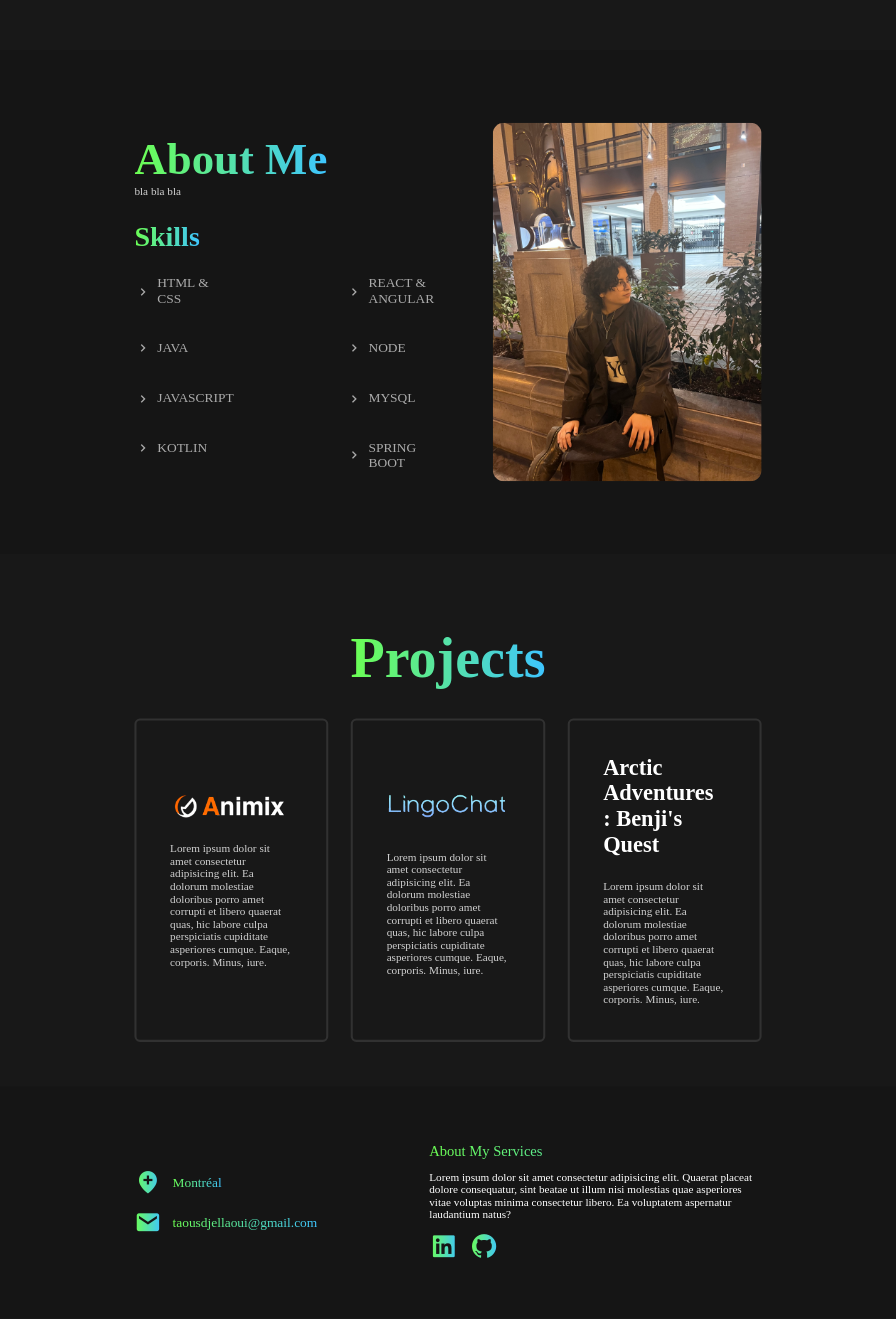
Repository: taousdjellaoui/portfolio-
Page: portfolio/index.html
The author's editor kept a copy of each file at every save. The page is drawn from the files as they stood at one save, then again after the next save.
The browser window is 1280 px wide. The pictures show the part of the page from y = 648 to 2568 px (the page is 2532 px tall before and 2568 px after), at 70% of full size.

Above is the page before, as saved 2024-09-24 14:41:45.

### portfolio/index.html
<!DOCTYPE html>
<html lang="en">
  <head>
    <meta charset="UTF-8" />
    <meta name="viewport" content="width=device-width, initial-scale=1.0" />
    <title>Portfolio Website</title>
    <link rel="stylesheet" href="style.css" />
    <link href='https://unpkg.com/boxicons@2.1.4/css/boxicons.min.css' rel='stylesheet'>
  </head>
  <body>
    <nav>
      <a href="#" class="logo"><span>Taous Djellaoui</span></a>
      <ul class="links">
        <a href="#home">Home</a>
        <a href="#about">About</a>
        <a href="#projects">Projects</a>

        <i class='bx bx-menu-alt-right' id="Menu"></i>
      </ul>
      <a href="#contact" class="btn">Contact Me</a>

    </nav>
    <section id="home">
      <img src="graphic.jpg" alt="">
      <div class="info-box">

        <h1><span>Hello, I'm Taous !</span></h1>
        <h3><span>Web and mobile Development student</span> in montréal</h3>
        <p>i am looking to be an intern in web development or mobile development , i am a student
           at Cégep de Rosemont , and this is a simple  website i created using HTML, CSS and Javascript </p>
      </div>

    </section>

    <section id="about">
      <div class="about-box">
        <div class="about-info">
          <h1><span>About Me</span></h1>
          <p>bla bla bla </p>

        </div>
        <h2><span>Skills</span></h2>
        <div class="skills">
          <ul>
            <li>
              <p><i class='bx bx-chevron-right' ></i>HTML & CSS</p>
            </li>
            <li>
              <p><i class='bx bx-chevron-right' ></i>JAVA</p>
            </li>
            <li>
              <p><i class='bx bx-chevron-right' ></i>JAVASCRIPT</p>
            </li>
            <li>
              <p><i class='bx bx-chevron-right' ></i>KOTLIN</p>
            </li>
          </ul>
          <ul>
            <li>
              <p><i class='bx bx-chevron-right' ></i>REACT & ANGULAR</p>
            </li>
            <li>
              <p><i class='bx bx-chevron-right' ></i>NODE</p>
            </li>
            <li>
              <p><i class='bx bx-chevron-right' ></i>MYSQL</p>
            </li>
            <li>
              <p><i class='bx bx-chevron-right' ></i>SPRING BOOT</p>
            </li>
          </ul>
        </div>

      </div>
      <img src="image.jpg" alt="">
    </section>
    <section id="projects">
      <h1 class="header"><span>Projects</span></h1>
      <div class="projects-container">
        <div class="box">
          <img src="logo-animix.png" alt="">
          <p>Lorem ipsum dolor sit amet consectetur adipisicing elit. Ea dolorum molestiae doloribus porro amet corrupti et libero quaerat quas, hic labore culpa perspiciatis cupiditate asperiores cumque. Eaque, corporis. Minus, iure.</p>

        </div>
        <div class="box">
          <img src="logoLingoChat.png" alt="">

          <p>Lorem ipsum dolor sit amet consectetur adipisicing elit. Ea dolorum molestiae doloribus porro amet corrupti et libero quaerat quas, hic labore culpa perspiciatis cupiditate asperiores cumque. Eaque, corporis. Minus, iure.</p>

        </div>
        <div class="box">
          <h1>Arctic Adventures : Benji's Quest</h1>
          <p>Lorem ipsum dolor sit amet consectetur adipisicing elit. Ea dolorum molestiae doloribus porro amet corrupti et libero quaerat quas, hic labore culpa perspiciatis cupiditate asperiores cumque. Eaque, corporis. Minus, iure.</p>

        </div>
      </div>
    </section>
    <footer id="contact">
      <div class="col-left">
        <div class="col-box">
          <span><i class='bx bxs-location-plus' ></i></span>
          <span>Montréal</span>
        </div>
        <div class="col-box">
          <span><i class='bx bxs-envelope' ></i></span>
          <span>taousdjellaoui@gmail.com</span>
        </div>
      </div>
      <div class="col-right">
        <span>About My Services</span>
        <p>Lorem ipsum dolor sit amet consectetur adipisicing elit. Quaerat placeat dolore consequatur, sint beatae ut illum nisi molestias quae asperiores vitae voluptas minima consectetur libero. Ea voluptatem aspernatur laudantium natus?</p>
        <div class="social-icons">
          <span><i class='bx bxl-linkedin-square' ></i></span>
          <span><i class='bx bxl-github' ></i></span>
        </div>

      </div>
    </footer>

    <script src="script.js"></script>
  </body>
</html>

### portfolio/style.css
* {
  margin: 0;
  padding: 0;
  box-sizing: border-box;
  text-decoration: none;
  list-style: none;
  scroll-behavior: smooth;
  font-family: "Poppins";
}
:root {
  --background: rgb(24, 24, 24);
  --second-background: rgb(21, 21, 21);
}
body{
  min-height: 100vh;
  background-color: var(--background);
}
nav{
position:fixed;
top:0;
width: 100%;
padding: 2em 15%;
display: flex;
align-items: center;
justify-content: space-between;
background-color:rgba(15,15,15,0.8);
backdrop-filter: blur(10px);
z-index: 1000;
}
ul{
  display:flex;
  align-items: center;
  gap: 3em;

}
nav ul a{
  color: white;
  opacity: 0.7;
  transition:0.2s ease-in-out;
}
nav ul a:hover{
  opacity: 1;

}
.logo{
  font-size:2em;
  color: white;
  font-weight: 800;
  opacity: 0.8;
  transition: 0.2s ease-in-out;

}
.logo:hover{
  opacity: 1;
}
.btn{
  padding : 0.5em 1em;
  color : white;
  font-weight: 500;
  letter-spacing:1px ;
  border-radius: 0.5em;
  font-size: 1.1em;
  border: 2px solid white;
  cursor: pointer;
  transition: 0.3s ease-in-out;

}
.btn:hover{
  background-color: white;
  color: var(--background);

}
span{
  background: linear-gradient(to right,#6cff52,#3ec5ff);
  background-clip: text;
  color:transparent;
}
#menu{
  color:white;
  font-size:3em;
  display:none;
}
section{
  min-height: 100vh;
  padding: 5% 15%;
}
#home{
display: flex;
flex-direction: column;
align-items:center;
justify-content: center;
gap:2em;
color:white;

}
#home img{
width:18vw;
border-radius: 1%;
margin-top: 3em;

}
.info-box{
  display: flex;
  flex-direction: column;
  text-align: center;
  gap: 0.5em;
  max-width: 500px;

}
.info-box h1{
  font-size:4em;
  font-weight: 500;
}
.info-box h3{
  font-size:2em;
  font-weight: 400;
}
.info-box p{
 opacity:0.7;
}
.btn-box{
  display: flex;
  gap: 1em;
}
.btn-box .btn:nth-of-type(2){
  background-color:white;
  color: var(--background)
}
.btn-box .btn:nth-of-type(2):hover{
  background-color: var(--background);
  color:white;

}
::-webkit-scrollbar{
  width: 20px;
  background-color: var(--background);
}
::-webkit-scrollbar-thumb{
  background: linear-gradient(to bottom,#788077,#a8b2b7);

}
#about{
  background-color: var(--second-background);
  display: flex;
  align-items:center;
  justify-content: center;
  gap: 5em;

}
#about img{
  width: 30vw;
  border-radius:1em;

}
.about-box{
  display:flex;
  flex-direction: column;
  text-align: left;
  gap: 2em;
}
.about-box h1{
  font-size: 4em;
}
.about-box p{
color:white;
opacity:0.8;
}
.skills{
  display:flex;
  text-align: left;
  gap: 10em;

}
.skills ul{
  font-size: 1em;
  font-weight: 500;
  display:flex;
  flex-direction: column;
  color:white;
  opacity:0.8;
  align-items: baseline;
}
.skills ul li p{
  color: white ;
  display: flex;
  align-items:center;
  gap : 0.5em;
   font-size: 1.2em;
   transition:0.3s ease-in-out;
}
.skills ul li p:hover{
  transform: translateX(10px);
}
.skills ul li i{
 font-size:1.2em;

}
.about-box h2{
  font-size: 2.5em;
}
#projects{
  background-color: var(--background);
}
.header{
  text-align: center;
  font-size: 5em;
  margin:0.5em 0;
}
.projects-container{
  display:grid;
  grid-template-columns: repeat(auto-fit,minmax(250px,1fr));
  gap:2em;
}
.box{
  border:3px solid rgb(49, 49, 49);
border-radius: 0.5em;
display: flex;
flex-direction: column;
justify-content: center;
overflow: hidden;
object-fit: cover;
padding:3em ;
gap: 2em;
color:white;
cursor:pointer;
transition:0.3s ease-in-out;
}
.box:hover{
  border: 3px solid rgb(100,100,100);
}
.box p{
  opacity:0.8;
}
.box h1{
  font-size: 2em;
}
.box img{
 min-width:25px;
 border-radius:0.5em;
}
footer{
  display: flex;
  align-items:center;
  justify-content: center;
  gap:10em;
  bottom:0;
  background-color: var(--second-background);
  width:100%;
  padding: 5em 15%;
}
.col-left{
  display:flex;
  flex-direction:column;
  gap : 1em;
}
.col-box{
  display: flex;
  align-items:center;
  gap : 1em;
}
.col-box i{
  font-size: 2em;
}
.col-box span{
  font-size: 1.2em;
}
.col-right{
  display:flex;
  flex-direction: column;
  gap:1em;
  color:white;
  max-width:500px;
}
.col-right span{
  font-size: 1.3em;
}
.col-right .social-icons{
  display:flex;
  align-items:baseline;
  justify-content: left;
  gap: 1em;
}
.col-right .social-icons i{
  font-size :2em;
  transition: 0.2s ease-in-out;
  cursor: pointer;
}
.social-icons i:hover{
  color:white;
}

Loaded but not shown: portfolio/script.js (no stored copy; drawn as an empty file)

After the next save:
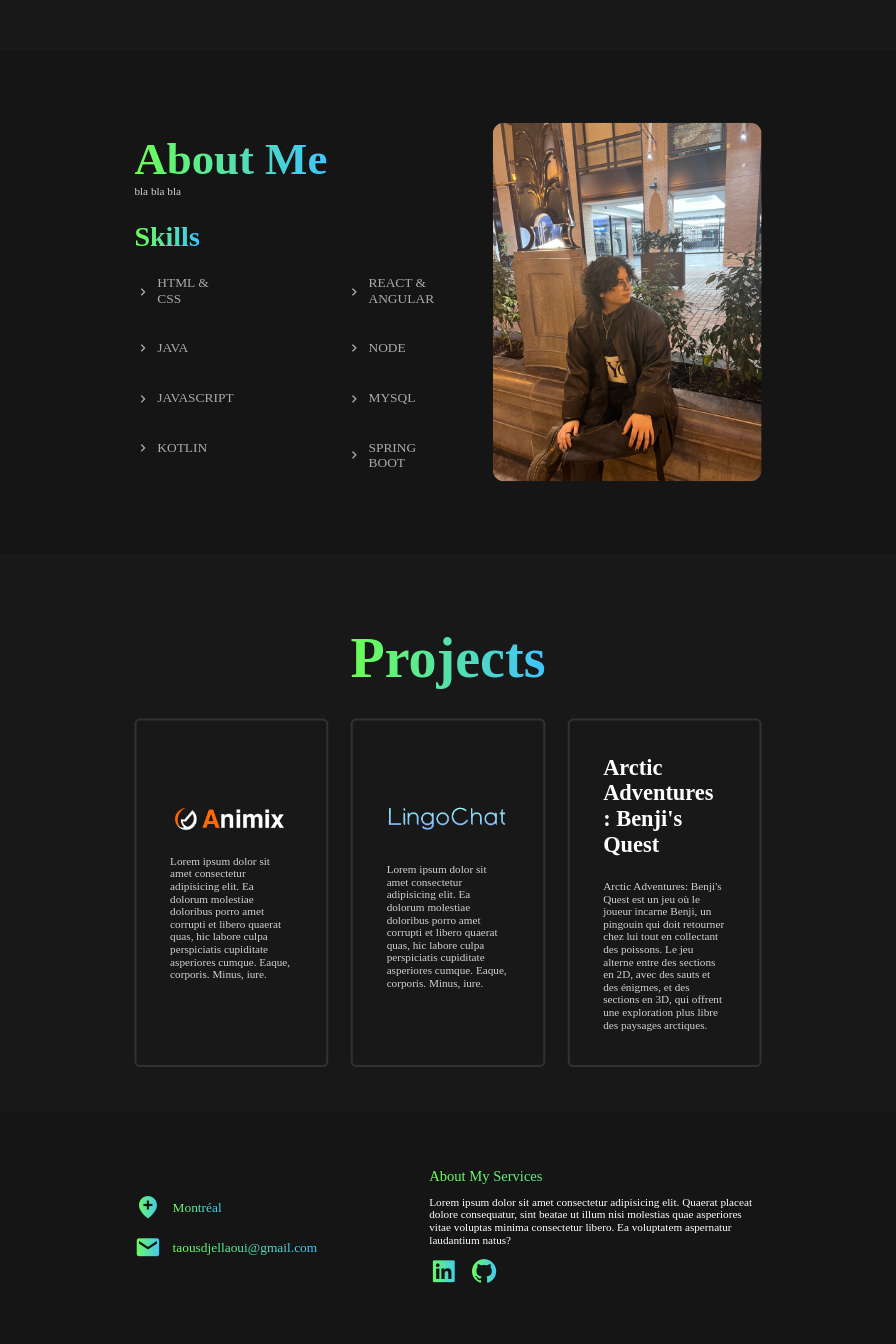
Saved 15 days later.
--- a/portfolio/index.html
+++ b/portfolio/index.html
@@ -21,7 +21,7 @@
 
     </nav>
     <section id="home">
-      <img src="graphic.jpg" alt="">
+      <img src="images/graphic.jpg" alt="">
       <div class="info-box">
 
         <h1><span>Hello, I'm Taous !</span></h1>
@@ -72,25 +72,28 @@
         </div>
 
       </div>
-      <img src="image.jpg" alt="">
+      <img src="images/image.jpg" alt="">
     </section>
     <section id="projects">
       <h1 class="header"><span>Projects</span></h1>
       <div class="projects-container">
         <div class="box">
-          <img src="logo-animix.png" alt="">
+          <img src="images/logo-animix.png" alt="">
           <p>Lorem ipsum dolor sit amet consectetur adipisicing elit. Ea dolorum molestiae doloribus porro amet corrupti et libero quaerat quas, hic labore culpa perspiciatis cupiditate asperiores cumque. Eaque, corporis. Minus, iure.</p>
 
         </div>
         <div class="box">
-          <img src="logoLingoChat.png" alt="">
+          <img src="images/logoLingoChat.png" alt="">
 
           <p>Lorem ipsum dolor sit amet consectetur adipisicing elit. Ea dolorum molestiae doloribus porro amet corrupti et libero quaerat quas, hic labore culpa perspiciatis cupiditate asperiores cumque. Eaque, corporis. Minus, iure.</p>
 
         </div>
         <div class="box">
           <h1>Arctic Adventures : Benji's Quest</h1>
-          <p>Lorem ipsum dolor sit amet consectetur adipisicing elit. Ea dolorum molestiae doloribus porro amet corrupti et libero quaerat quas, hic labore culpa perspiciatis cupiditate asperiores cumque. Eaque, corporis. Minus, iure.</p>
+          <p>Arctic Adventures: Benji's Quest est un jeu où le
+            joueur incarne Benji, un pingouin qui doit retourner chez lui tout en
+            collectant des poissons. Le jeu alterne entre des sections en 2D, avec des sauts et des
+            énigmes, et des sections en 3D, qui offrent une exploration plus libre des paysages arctiques. </p>
 
         </div>
       </div>
